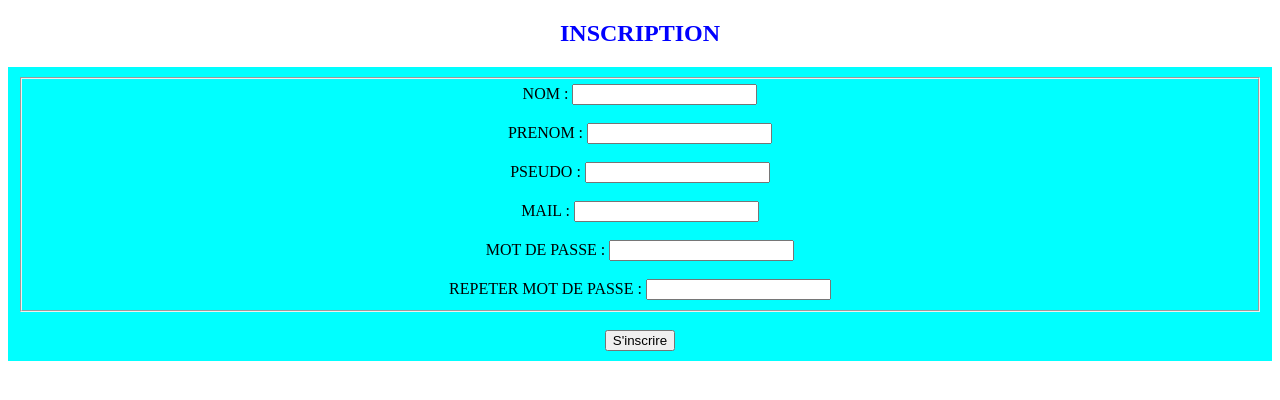
Repository: Aoua1414/JavaDeAoua
Page: http://localhost/MonServletJsp/Inscrire.jsp
An editor plug-in stored every save of this project. The page is shown before and after the next save, followed by the edit.
The browser window is 1280 px wide. The pictures show the whole page.
The page is served by Tomcat 9. Nobody is signed in. The application's start-up code is not run.

Above is the page before, as saved 2022-07-25 14:33:55.

After the next save:
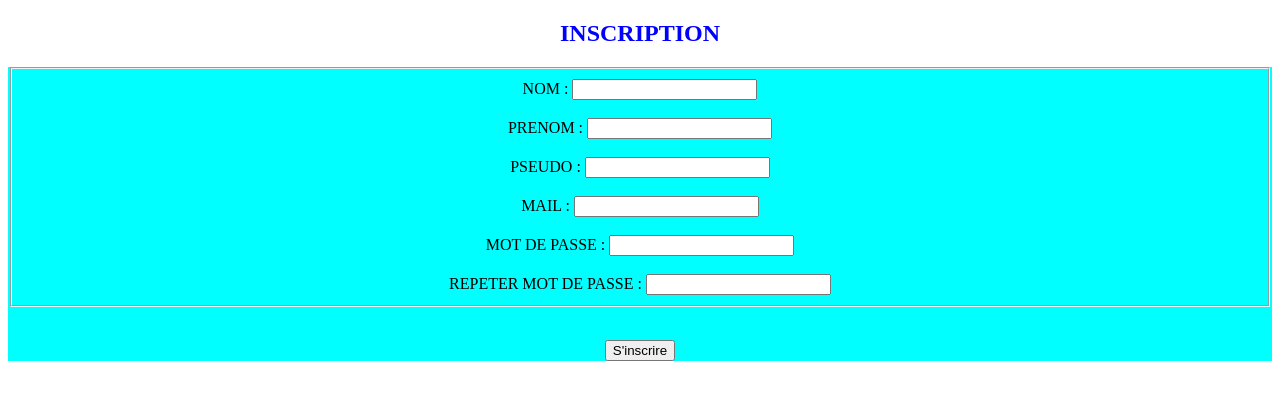
Saved 56 s later.
--- a/ODC/MonServletJsp/src/main/webapp/aoua.css
+++ b/ODC/MonServletJsp/src/main/webapp/aoua.css
@@ -8,8 +8,9 @@ form {
 
 	text-align : center;
 	background-color:#00ffff;
-	margin-bottom: 15px;
-  padding: 10px;
-
 
 }
+fieldset {
+  margin-bottom: 15px;
+  padding: 10px;
+}
